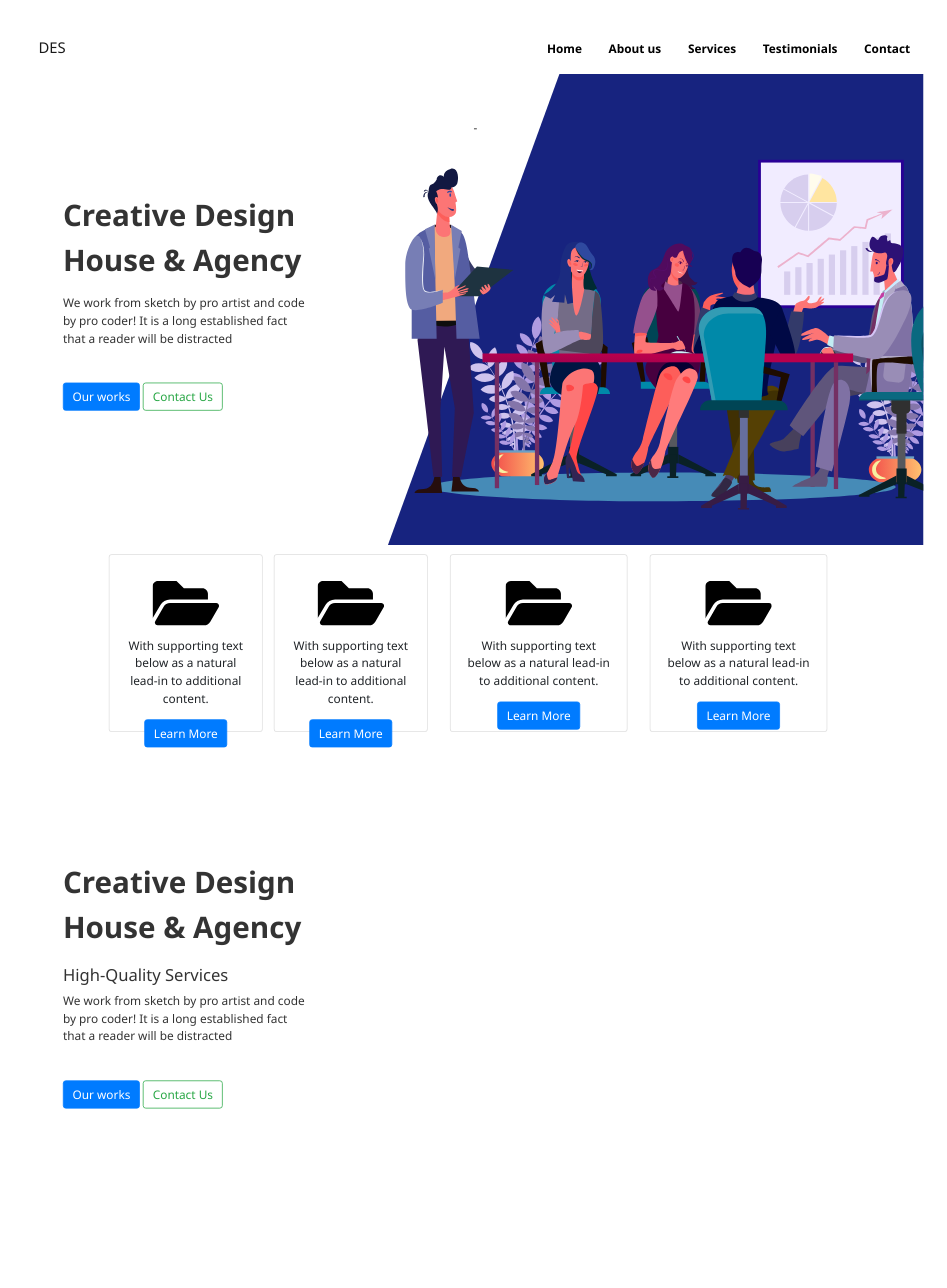
Repository: stephenkayade/Tarm
Page: index.html
These files come from the project's save history. The page is drawn as it stood at one moment and after the next save; the edit follows.
The browser window is 1280 px wide. The pictures show the part of the page from y = 0 to 1740 px (the page is 4022 px tall before and 4121 px after), at 74% of full size.
A picture or video elsewhere on the page could not be fetched, so the positions and the page height are approximate.

Above is the page before, as saved 2020-05-07 14:50:22.

### index.html
<!DOCTYPE html>
<html lang="en">

<head>
    <meta charset="UTF-8">
    <meta name="viewport" content="width=device-width, initial-scale=1.0">
    <link rel="stylesheet" href="https://stackpath.bootstrapcdn.com/bootstrap/4.4.1/css/bootstrap.min.css"
        integrity="sha384-Vkoo8x4CGsO3+Hhxv8T/Q5PaXtkKtu6ug5TOeNV6gBiFeWPGFN9MuhOf23Q9Ifjh" crossorigin="anonymous">
    <script src="https://code.jquery.com/jquery-3.4.1.slim.min.js"
        integrity="sha384-J6qa4849blE2+poT4WnyKhv5vZF5SrPo0iEjwBvKU7imGFAV0wwj1yYfoRSJoZ+n"
        crossorigin="anonymous"></script>

    <script src="https://stackpath.bootstrapcdn.com/bootstrap/4.4.1/js/bootstrap.min.js"
        integrity="sha384-wfSDF2E50Y2D1uUdj0O3uMBJnjuUD4Ih7YwaYd1iqfktj0Uod8GCExl3Og8ifwB6"
        crossorigin="anonymous"></script>
    <link rel="stylesheet" href="https://stackpath.bootstrapcdn.com/font-awesome/4.7.0/css/font-awesome.min.css">
    <link rel="stylesheet" href="css/style.css">
    <title>Document</title>
</head>

<body>

    <section id="nav-bar">
        <nav class="navbar navbar-expand-lg navbar-light">
            <!-- <h1>DES</h1> -->
            <h1><a class="navbar-brand ml-1" href="#">DES</a></h1>
            <button class="navbar-toggler" type="button" data-toggle="collapse" data-target="#navbarNav"
                aria-controls="navbarNav" aria-expanded="false" aria-label="Toggle navigation">
                <i class="fa fa-bars"></i>
            </button>

            <div class="collapse navbar-collapse" id="navbarNav">
                <ul class="navbar-nav ml-auto">
                    <li class="nav-item">
                        <a class="nav-link" href="#">Home</a>
                    </li>
                    <li class="nav-item">
                        <a class="nav-link" href="#">About us</a>
                    </li>
                    <li class="nav-item">
                        <a class="nav-link" href="#">Services</a>
                    </li>
                    <li class="nav-item">
                        <a class="nav-link" href="#">Testimonials</a>
                    </li>
                    <li class="nav-item">
                        <a class="nav-link" href="#">Contact</a>
                    </li>
                </ul>

            </div>
        </nav>

    </section>

    <!---------------------------banner---------------------------->
    <section id="banner">
        <div class="container">
            <div class="row">
                <div class="col-md-6">
                    <p class="promo-title">Creative Design <br>House & Agency</p>
                    <p>We work from sketch by pro artist and code <br>
                        by pro coder! It is a long established fact <br>
                        that a reader will be distracted</p>
                    <div class="btn-control">
                        <div class="btn btn-primary">Our works</div>
                        <div class="btn btn-outline-success">Contact Us</div>
                    </div>
                </div>
                -
            </div>
        </div>
    </section>

    <section id="img">
        <div class="row">
            <div class="col-1g-auto">
                <div class="card text-center" style="width: 13rem; height: 15rem;">
                    <div class="card-body">
                        <img src="./img/folder-open-solid.svg" class="card-img-top" alt="...">

                        <p class="card-text">With supporting text below as a natural lead-in to additional content.</p>
                        <a href="#" class="btn btn-primary">Learn More</a>
                    </div>
                </div>
            </div>
            <div class="col-lg-auto">
                <div class="card text-center" style="width: 13rem; height: 15rem;">
                    <div class="card-body">
                        <img src="./img/folder-open-solid.svg" class="card-img-top" alt="...">

                        <p class="card-text">With supporting text below as a natural lead-in to additional content.</p>
                        <a href="#" class="btn btn-primary">Learn More</a>
                    </div>
                </div>
            </div>
            <div class="col-lg-auto">
                <!-- <div class="card" style="width: 12rem;">
                        <img src="./img/man-street-sitting-hat-2995066.jpg" class="card-img-top" alt="...">
                        <span class="card-img-top"><i class="fas fa-folder-open"></i></span>
                        <div class="card-body">
                            <p class="card-title text-center">Card title</p>
                            <p class="card-text text-center">Lorem ipsum dolor sit amet consectetur, adipisicing elit. Eligendi, nisi!</p>
                            <a href="#" class="btn btn-primary ">Learn More</a>
                        </div>
                    </div> -->

                <div class="card text-center" style="width: 15rem; height: 15rem;">
                    <div class="card-body">
                        <img src="./img/folder-open-solid.svg" class="card-img-top" alt="...">

                        <p class="card-text">With supporting text below as a natural lead-in to additional content.</p>
                        <a href="#" class="btn btn-primary">Learn More</a>
                    </div>
                </div>
            </div>
            <div class="col-md-auto">
                <div class="card text-center" style="width: 15rem; height: 15rem;">
                    <div class="card-body">
                        <img src="./img/folder-open-solid.svg" class="card-img-top" alt="...">

                        <p class="card-text">With supporting text below as a natural lead-in to additional content.</p>
                        <a href="#" class="btn btn-primary">Learn More</a>
                    </div>
                </div>
            </div>
        </div>
    </section>

    <section id="CEO">
        <div class="container">
            <div class="about-us">

            </div>
            <div class="row">
                <div class="col-md-6">
                    <p class="promo-title">Creative Design <br>House & Agency</p>
                    <h3><small>High-Quality Services</small></h3>
                    <p>We work from sketch by pro artist and code <br>
                        by pro coder! It is a long established fact <br>
                        that a reader will be distracted</p>
                    <div class="btn-control">
                        <div class="btn btn-primary">Our works</div>
                        <div class="btn btn-outline-success">Contact Us</div>
                    </div>
                </div>

            </div>
        </div>
    </section>
    <section id="services">
        <div class="row">
            <div class="col-md-auto">

                <div class="card" style="width: 27rem;">
                    <img src="..." class="card-img-top" alt="...">
                    <div class="card-body">
                        <p class="card-title text-center">Card title</p>
                        <p class="card-text">This is a wider card with supporting text below as a natural lead-in to
                            additional content. This card has even longer content than the first to show that equal
                            height
                            action.</p>
                        <p class="card-text"><small class="text-muted">Last updated 3 mins ago</small></p>
                    </div>
                </div>
            </div>
            <div class="col-md-auto">

                <div class="card" style="width: 27rem;">
                    <img src="..." class="card-img-top" alt="...">
                    <div class="card-body">
                        <p class="card-title text-center">Card title</p>
                        <p class="card-text">This is a wider card with supporting text below as a natural lead-in to
                            additional content. This card has even longer content than the first to show that equal
                            height
                            action.</p>
                        <p class="card-text"><small class="text-muted">Last updated 3 mins ago</small></p>
                    </div>
                </div>
            </div>
            <div class="col-md-auto">

                <div class="card" style="width: 27rem;">
                    <img src="..." class="card-img-top" alt="...">
                    <div class="card-body">
                        <p class="card-title text-center">Card title</p>
                        <p class="card-text">This is a wider card with supporting text below as a natural lead-in to
                            additional content. This card has even longer content than the first to show that equal
                            height
                            action.</p>
                        <p class="card-text"><small class="text-muted">Last updated 3 mins ago</small></p>
                    </div>
                </div>
            </div>
            <div class="w-100"></div>

            <div class="col-md-auto">
                <div class="card" style="width: 27rem;">
                    <img src="..." class="card-img-top" alt="...">
                    <div class="card-body">
                        <p class="card-title text-center">Card title<p>
                        <p class="card-text">This is a wider card with supporting text below as a natural lead-in to
                            additional content. This card has even longer content than the first to show that equal
                            height
                            action.</p>
                        <p class="card-text"><small class="text-muted">Last updated 3 mins ago</small></p>
                    </div>
                </div>
            </div><div class="col-md-auto">

                <div class="card" style="width: 27rem;">
                    <img src="..." class="card-img-top" alt="...">
                    <div class="card-body">
                        <p class="card-title text-center">Card title</p>
                        <p class="card-text">This is a wider card with supporting text below as a natural lead-in to
                            additional content. This card has even longer content than the first to show that equal
                            height
                            action.</p>
                        <p class="card-text"><small class="text-muted">Last updated 3 mins ago</small></p>
                    </div>
                </div>
            </div><div class="col-md-auto">

                <div class="card" style="width: 27rem;">
                    <img src="..." class="card-img-top" alt="...">
                    <div class="card-body">
                        <p class="card-title text-center">Card title</p>
                        <p class="card-text">This is a wider card with supporting text below as a natural lead-in to
                            additional content. This card has even longer content than the first to show that equal
                            height
                            action.</p>
                        <p class="card-text"><small class="text-muted">Last updated 3 mins ago</small></p>
                    </div>
                </div>
            </div>


        </div>
    </section>



</body>

</html>

### css/style.css
*{
    margin: 0;
    padding: 0;
}

body{
    font-family: 'Segoe UI', Tahoma, Geneva, Verdana, sans-serif;
    margin: 2rem;
}
#nav-bar{
    position: sticky;
    top: 0;
    z-index: 10;
}
.navbar{
    background-image: cross-fade(to right, #fff,#17237f);
    padding: 0 !important;
}
.navbar-brand img{
    height:40px;
    padding-left: 20px;
}
.navbar-nav li{
    padding: 0 10px;

}
.navbar-nav li a{
    color: #000 !important;
    font-weight: 600;
    float: right;
    text-align: left;
}
.fa-bars{
    color: #fff;
    font-size: 30px !important;
}
#img{
    display: flex;
    flex-direction: row;
    justify-content: center;
    padding: 1%
}


/* ------------banner section-------------------- */
#banner{
    background: url('/img/adj.svg') no-repeat center center/cover;
    color: #333;
    padding-top: 5%;
    padding-bottom: 15%;
}
#CEO{
    /* background: url('/img/adj.svg') no-repeat center center/cover; */
    color: #333;
    padding-top: 5%;
    padding-bottom: 15%;
}
.promo-title{
    font-size: 40px;
    font-weight: 600;
    margin-top:100px ;
}
.play-btn{
    width:45px;
    margin: 20px;
}
#banner a{
    color: #fff;
    text-decoration: none;
}
.bottom-img{
    width: 100%;
}
.btn-control{
    padding-top: 2rem;
}
/* ---------------------services section---------------------- */
#services{
    padding: 80px 0;
}
.service-img{
    width: 140px;
    margin-top: 20px;
}
.services{
    padding: 20px;
}
.services h4{
    padding: 5px;
    margin-top: 25px;
    text-transform: uppercase;
}
.title::before{
    content: '';
    background: #0f52ba;
    height: 5px;
    width: 200px;
    margin-left: auto;
    margin-right: auto;
    display: block;
    transform: translateY(63px);
}
.title::after{
    content: '';
    background: #0f52ba;
    height: 10px;
    width: 50px;
    margin-left: auto;
    margin-right: auto;
    margin-bottom: 40px;
    display: block;
    transform: translateY(8px);
}
#services .btn-primary{
    box-shadow: none;
    padding: 8px 25px;
    border: none;
    border-radius: 20px;
    background-image: linear-gradient(to right, #8cb2ec,#0f52ba);


}
.ml-1{
    padding: 1rem;
}
.card-body img{
    color: greenyellow;
    height: 90px;
    width: 90px;
}

After the next save:
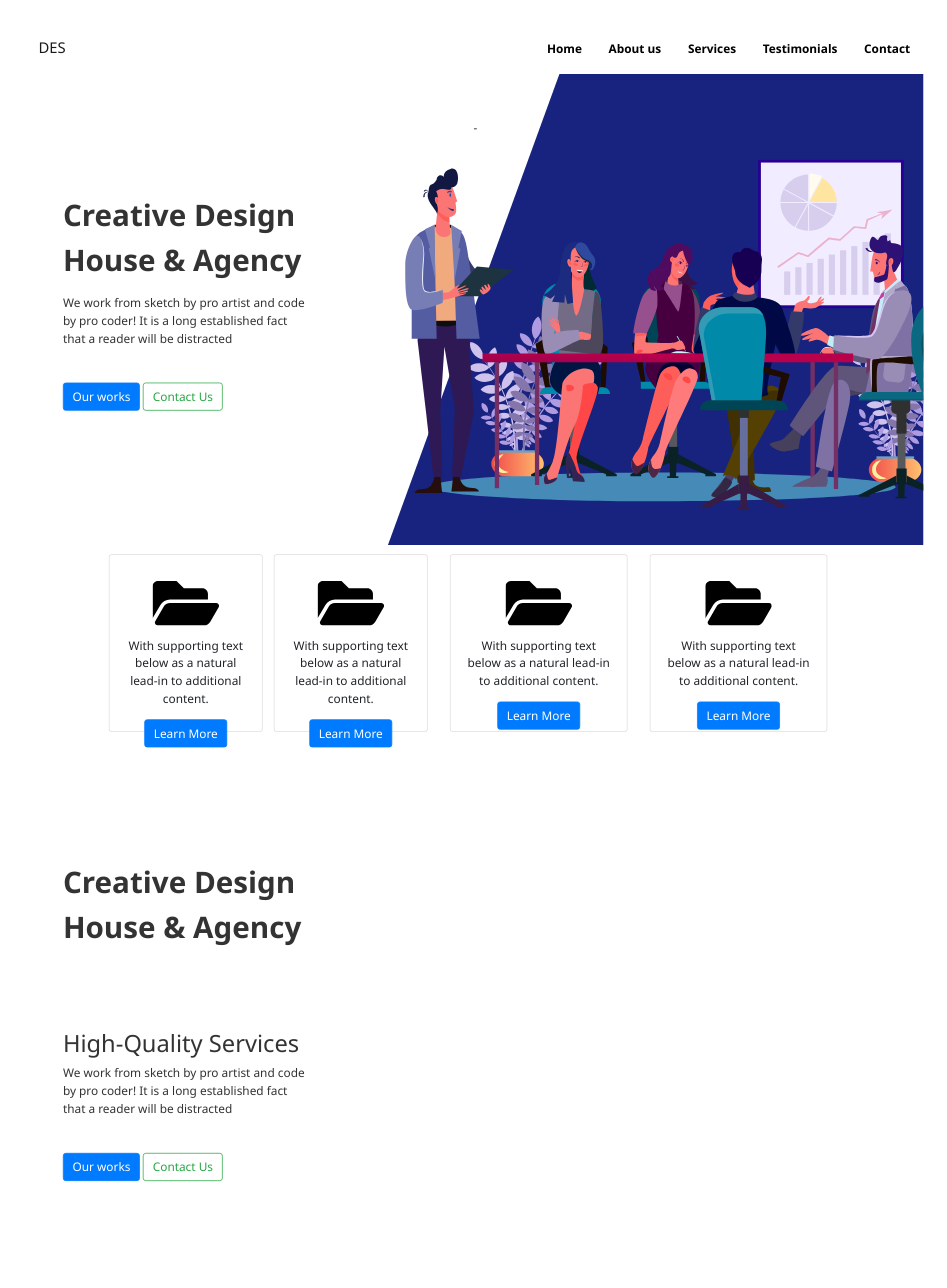
Saved 42 s later.
--- a/index.html
+++ b/index.html
@@ -135,7 +135,7 @@
             <div class="row">
                 <div class="col-md-6">
                     <p class="promo-title">Creative Design <br>House & Agency</p>
-                    <h3><small>High-Quality Services</small></h3>
+                    <h3 class="promo-title"><small>High-Quality Services</small></h3>
                     <p>We work from sketch by pro artist and code <br>
                         by pro coder! It is a long established fact <br>
                         that a reader will be distracted</p>
